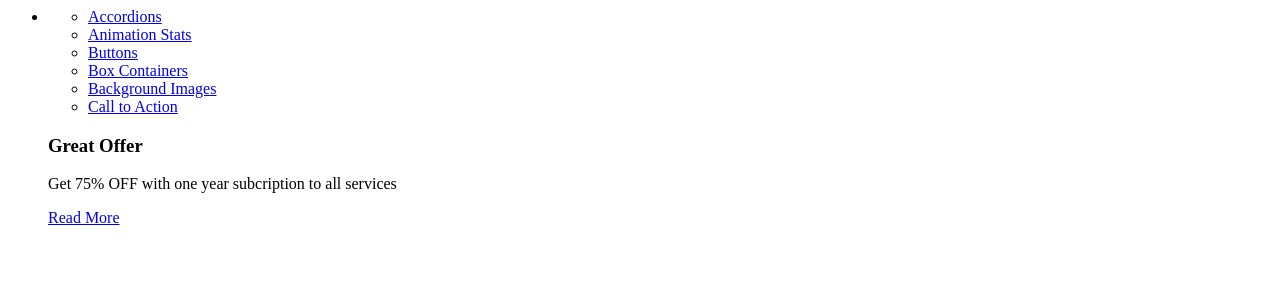
Repository: shivaylamba/caadvotescs
Page: resources/views/site/includes/megamenu.blade.php
The author's editor kept a copy of each file at every save. The page is drawn from the files as they stood at one save, then again after the next save.
The browser window is 1280 px wide. The pictures show the whole page.
The page is served by the project's Laravel application, run on PHP 8.4 with Laravel 8. The template is opened directly, without the code that normally fills it, so the values that code supplies are empty.

Above is the page before, as saved 2020-01-10 00:52:02.

After the next save:
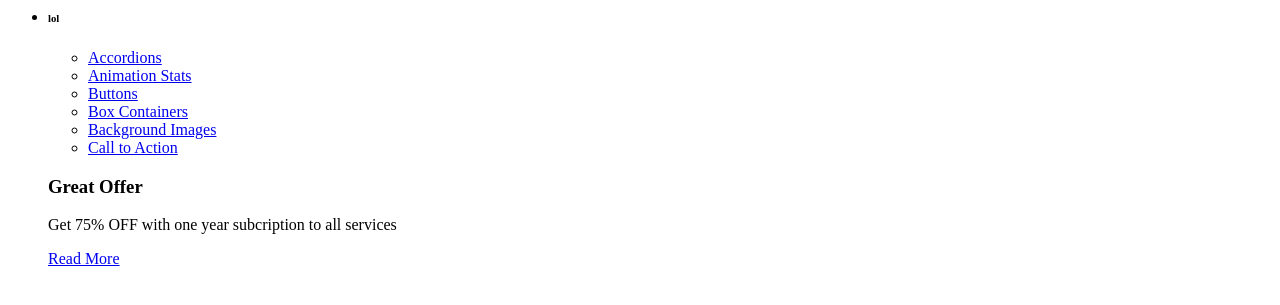
Saved 9 s later.
--- a/resources/views/site/includes/megamenu.blade.php
+++ b/resources/views/site/includes/megamenu.blade.php
@@ -6,7 +6,7 @@
                                     <!-- end col-3 -->
 
                                     <div class="col-menu col-md-3">
-                                        <h6 class="title"></h6>
+                                        <h6 class="title">lol</h6>
                                         <div class="content">
                                             <ul class="menu-col">
                                                 <li>
